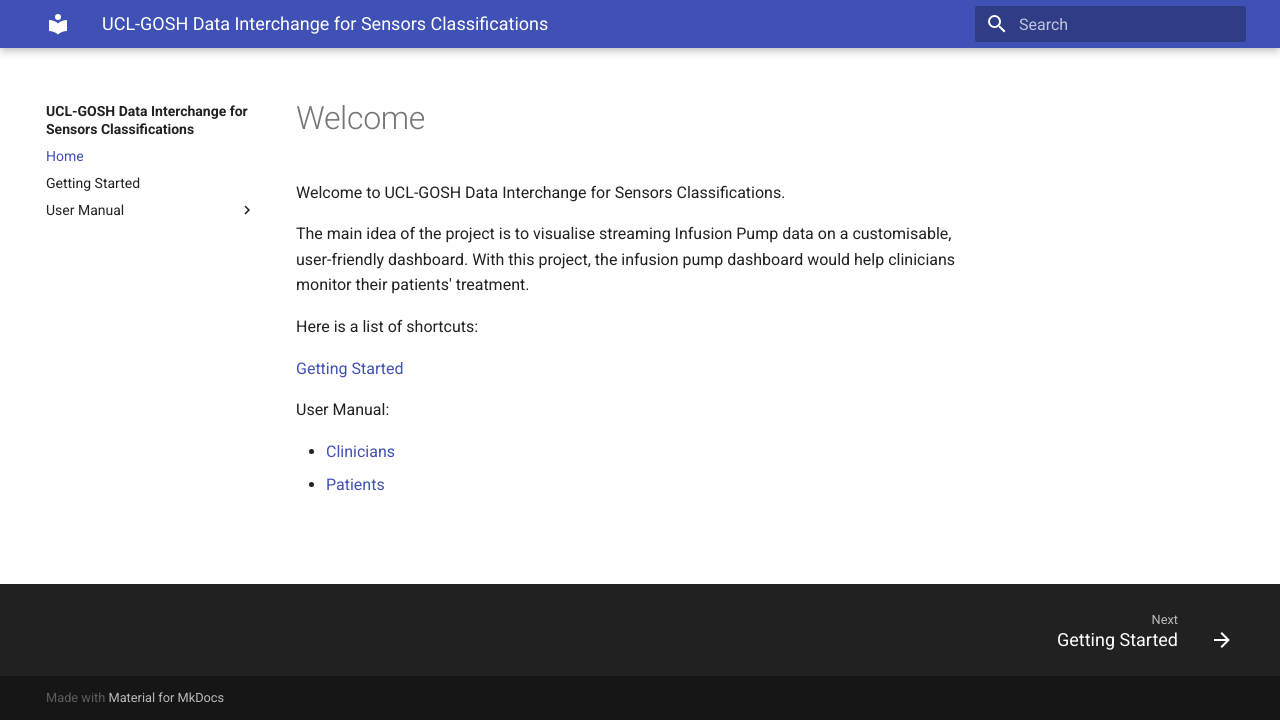
Repository: COMP0016-Team6/user-manual
Page: site/index.html
An editor plug-in stored every save of this project. The page is shown before and after the next save, followed by the edit.
The browser window is 1280 px wide. The pictures show the whole page.

Above is the page before, as saved 2021-03-18 21:15:45.

### site/index.html

<!doctype html>
<html lang="en" class="no-js">
  <head>

      <meta charset="utf-8">
      <meta name="viewport" content="width=device-width,initial-scale=1">




      <link rel="shortcut icon" href="assets/images/favicon.png">
      <meta name="generator" content="mkdocs-1.1.2, mkdocs-material-7.0.5">



        <title>UCL-GOSH Data Interchange for Sensors Classifications</title>



      <link rel="stylesheet" href="assets/stylesheets/main.77f3fd56.min.css">


        <link rel="stylesheet" href="assets/stylesheets/palette.7fa14f5b.min.css">







        <link rel="preconnect" href="https://fonts.gstatic.com" crossorigin>
        <link rel="stylesheet" href="https://fonts.googleapis.com/css?family=Roboto:300,400,400i,700%7CRoboto+Mono&display=fallback">
        <style>:root{--md-text-font-family:"Roboto";--md-code-font-family:"Roboto Mono"}</style>








  </head>







    <body dir="ltr" data-md-color-scheme="" data-md-color-primary="none" data-md-color-accent="none">



    <input class="md-toggle" data-md-toggle="drawer" type="checkbox" id="__drawer" autocomplete="off">
    <input class="md-toggle" data-md-toggle="search" type="checkbox" id="__search" autocomplete="off">
    <label class="md-overlay" for="__drawer"></label>
    <div data-md-component="skip">


        <a href="#welcome" class="md-skip">
          Skip to content
        </a>

    </div>
    <div data-md-component="announce">

    </div>



<header class="md-header" data-md-component="header">
  <nav class="md-header__inner md-grid" aria-label="Header">
    <a href="https://comp0016-team6.github.io/" title="UCL-GOSH Data Interchange for Sensors Classifications" class="md-header__button md-logo" aria-label="UCL-GOSH Data Interchange for Sensors Classifications">


  <svg xmlns="http://www.w3.org/2000/svg" viewBox="0 0 24 24"><path d="M12 8a3 3 0 0 0 3-3 3 3 0 0 0-3-3 3 3 0 0 0-3 3 3 3 0 0 0 3 3m0 3.54C9.64 9.35 6.5 8 3 8v11c3.5 0 6.64 1.35 9 3.54 2.36-2.19 5.5-3.54 9-3.54V8c-3.5 0-6.64 1.35-9 3.54z"/></svg>

    </a>
    <label class="md-header__button md-icon" for="__drawer">
      <svg xmlns="http://www.w3.org/2000/svg" viewBox="0 0 24 24"><path d="M3 6h18v2H3V6m0 5h18v2H3v-2m0 5h18v2H3v-2z"/></svg>
    </label>
    <div class="md-header__title" data-md-component="header-title">
      <div class="md-header__ellipsis">
        <div class="md-header__topic">
          <span class="md-ellipsis">
            UCL-GOSH Data Interchange for Sensors Classifications
          </span>
        </div>
        <div class="md-header__topic" data-md-component="header-topic">
          <span class="md-ellipsis">

              Home

          </span>
        </div>
      </div>
    </div>
    <div class="md-header__options">

    </div>

      <label class="md-header__button md-icon" for="__search">
        <svg xmlns="http://www.w3.org/2000/svg" viewBox="0 0 24 24"><path d="M9.5 3A6.5 6.5 0 0 1 16 9.5c0 1.61-.59 3.09-1.56 4.23l.27.27h.79l5 5-1.5 1.5-5-5v-.79l-.27-.27A6.516 6.516 0 0 1 9.5 16 6.5 6.5 0 0 1 3 9.5 6.5 6.5 0 0 1 9.5 3m0 2C7 5 5 7 5 9.5S7 14 9.5 14 14 12 14 9.5 12 5 9.5 5z"/></svg>
      </label>

<div class="md-search" data-md-component="search" role="dialog">
  <label class="md-search__overlay" for="__search"></label>
  <div class="md-search__inner" role="search">
    <form class="md-search__form" name="search">
      <input type="text" class="md-search__input" name="query" aria-label="Search" placeholder="Search" autocapitalize="off" autocorrect="off" autocomplete="off" spellcheck="false" data-md-component="search-query" data-md-state="active" required>
      <label class="md-search__icon md-icon" for="__search">
        <svg xmlns="http://www.w3.org/2000/svg" viewBox="0 0 24 24"><path d="M9.5 3A6.5 6.5 0 0 1 16 9.5c0 1.61-.59 3.09-1.56 4.23l.27.27h.79l5 5-1.5 1.5-5-5v-.79l-.27-.27A6.516 6.516 0 0 1 9.5 16 6.5 6.5 0 0 1 3 9.5 6.5 6.5 0 0 1 9.5 3m0 2C7 5 5 7 5 9.5S7 14 9.5 14 14 12 14 9.5 12 5 9.5 5z"/></svg>
        <svg xmlns="http://www.w3.org/2000/svg" viewBox="0 0 24 24"><path d="M20 11v2H8l5.5 5.5-1.42 1.42L4.16 12l7.92-7.92L13.5 5.5 8 11h12z"/></svg>
      </label>
      <button type="reset" class="md-search__icon md-icon" aria-label="Clear" tabindex="-1">
        <svg xmlns="http://www.w3.org/2000/svg" viewBox="0 0 24 24"><path d="M19 6.41L17.59 5 12 10.59 6.41 5 5 6.41 10.59 12 5 17.59 6.41 19 12 13.41 17.59 19 19 17.59 13.41 12 19 6.41z"/></svg>
      </button>
    </form>
    <div class="md-search__output">
      <div class="md-search__scrollwrap" data-md-scrollfix>
        <div class="md-search-result" data-md-component="search-result">
          <div class="md-search-result__meta">
            Initializing search
          </div>
          <ol class="md-search-result__list"></ol>
        </div>
      </div>
    </div>
  </div>
</div>


  </nav>
</header>

    <div class="md-container" data-md-component="container">




      <main class="md-main" data-md-component="main">
        <div class="md-main__inner md-grid">



              <div class="md-sidebar md-sidebar--primary" data-md-component="sidebar" data-md-type="navigation" >
                <div class="md-sidebar__scrollwrap">
                  <div class="md-sidebar__inner">





<nav class="md-nav md-nav--primary" aria-label="Navigation" data-md-level="0">
  <label class="md-nav__title" for="__drawer">
    <a href="." title="UCL-GOSH Data Interchange for Sensors Classifications" class="md-nav__button md-logo" aria-label="UCL-GOSH Data Interchange for Sensors Classifications">


  <svg xmlns="http://www.w3.org/2000/svg" viewBox="0 0 24 24"><path d="M12 8a3 3 0 0 0 3-3 3 3 0 0 0-3-3 3 3 0 0 0-3 3 3 3 0 0 0 3 3m0 3.54C9.64 9.35 6.5 8 3 8v11c3.5 0 6.64 1.35 9 3.54 2.36-2.19 5.5-3.54 9-3.54V8c-3.5 0-6.64 1.35-9 3.54z"/></svg>

    </a>
    UCL-GOSH Data Interchange for Sensors Classifications
  </label>

  <ul class="md-nav__list" data-md-scrollfix>










    <li class="md-nav__item md-nav__item--active">

      <input class="md-nav__toggle md-toggle" data-md-toggle="toc" type="checkbox" id="__toc">




      <a href="." class="md-nav__link md-nav__link--active">
        Home
      </a>

    </li>










    <li class="md-nav__item">
      <a href="getting_started/" class="md-nav__link">
        Getting Started
      </a>
    </li>











    <li class="md-nav__item md-nav__item--nested">


        <input class="md-nav__toggle md-toggle" data-md-toggle="__nav_3" type="checkbox" id="__nav_3" >

      <label class="md-nav__link" for="__nav_3">
        User Manual
        <span class="md-nav__icon md-icon"></span>
      </label>
      <nav class="md-nav" aria-label="User Manual" data-md-level="1">
        <label class="md-nav__title" for="__nav_3">
          <span class="md-nav__icon md-icon"></span>
          User Manual
        </label>
        <ul class="md-nav__list" data-md-scrollfix>





    <li class="md-nav__item">
      <a href="clinicians/" class="md-nav__link">
        Clinicians
      </a>
    </li>







    <li class="md-nav__item">
      <a href="patients/" class="md-nav__link">
        Patients
      </a>
    </li>



        </ul>
      </nav>
    </li>



  </ul>
</nav>
                  </div>
                </div>
              </div>



              <div class="md-sidebar md-sidebar--secondary" data-md-component="sidebar" data-md-type="toc" >
                <div class="md-sidebar__scrollwrap">
                  <div class="md-sidebar__inner">

<nav class="md-nav md-nav--secondary" aria-label="Table of contents">





</nav>
                  </div>
                </div>
              </div>


          <div class="md-content" data-md-component="content">
            <article class="md-content__inner md-typeset">



                <h1 id="welcome">Welcome</h1>
<p>Welcome to UCL-GOSH Data Interchange for Sensors Classifications.</p>
<p>The main idea of the project is to visualise streaming Infusion Pump data on a customisable, user-friendly dashboard. With this project, the infusion pump dashboard would help clinicians monitor their patients' treatment.</p>
<p>Here is a list of shortcuts: </p>
<p><a href="getting_started/">Getting Started</a></p>
<p>User Manual:</p>
<ul>
<li><a href="clinicians/">Clinicians</a></li>
<li><a href="patients/">Patients</a></li>
</ul>







            </article>
          </div>
        </div>
      </main>


<footer class="md-footer">

    <nav class="md-footer__inner md-grid" aria-label="Footer">


        <a href="getting_started/" class="md-footer__link md-footer__link--next" rel="next">
          <div class="md-footer__title">
            <div class="md-ellipsis">
              <span class="md-footer__direction">
                Next
              </span>
              Getting Started
            </div>
          </div>
          <div class="md-footer__button md-icon">
            <svg xmlns="http://www.w3.org/2000/svg" viewBox="0 0 24 24"><path d="M4 11v2h12l-5.5 5.5 1.42 1.42L19.84 12l-7.92-7.92L10.5 5.5 16 11H4z"/></svg>
          </div>
        </a>

    </nav>

  <div class="md-footer-meta md-typeset">
    <div class="md-footer-meta__inner md-grid">
      <div class="md-footer-copyright">

        Made with
        <a href="https://squidfunk.github.io/mkdocs-material/" target="_blank" rel="noopener">
          Material for MkDocs
        </a>

      </div>

    </div>
  </div>
</footer>

    </div>
    <div class="md-dialog" data-md-component="dialog">
      <div class="md-dialog__inner md-typeset"></div>
    </div>
    <script id="__config" type="application/json">{"base": ".", "features": [], "translations": {"clipboard.copy": "Copy to clipboard", "clipboard.copied": "Copied to clipboard", "search.config.lang": "en", "search.config.pipeline": "trimmer, stopWordFilter", "search.config.separator": "[\\s\\-]+", "search.placeholder": "Search", "search.result.placeholder": "Type to start searching", "search.result.none": "No matching documents", "search.result.one": "1 matching document", "search.result.other": "# matching documents", "search.result.more.one": "1 more on this page", "search.result.more.other": "# more on this page", "search.result.term.missing": "Missing"}, "search": "assets/javascripts/workers/search.fb4a9340.min.js", "version": null}</script>


      <script src="assets/javascripts/bundle.5cf3e710.min.js"></script>


  </body>
</html>

Loaded but not shown: site/assets/stylesheets/main.77f3fd56.min.css (library); site/assets/stylesheets/palette.7fa14f5b.min.css (library); site/assets/javascripts/bundle.5cf3e710.min.js (library); site/assets/javascripts/workers/search.fb4a9340.min.js (library); site/search/search_index.json (1 lines, source omitted)

After the next save:
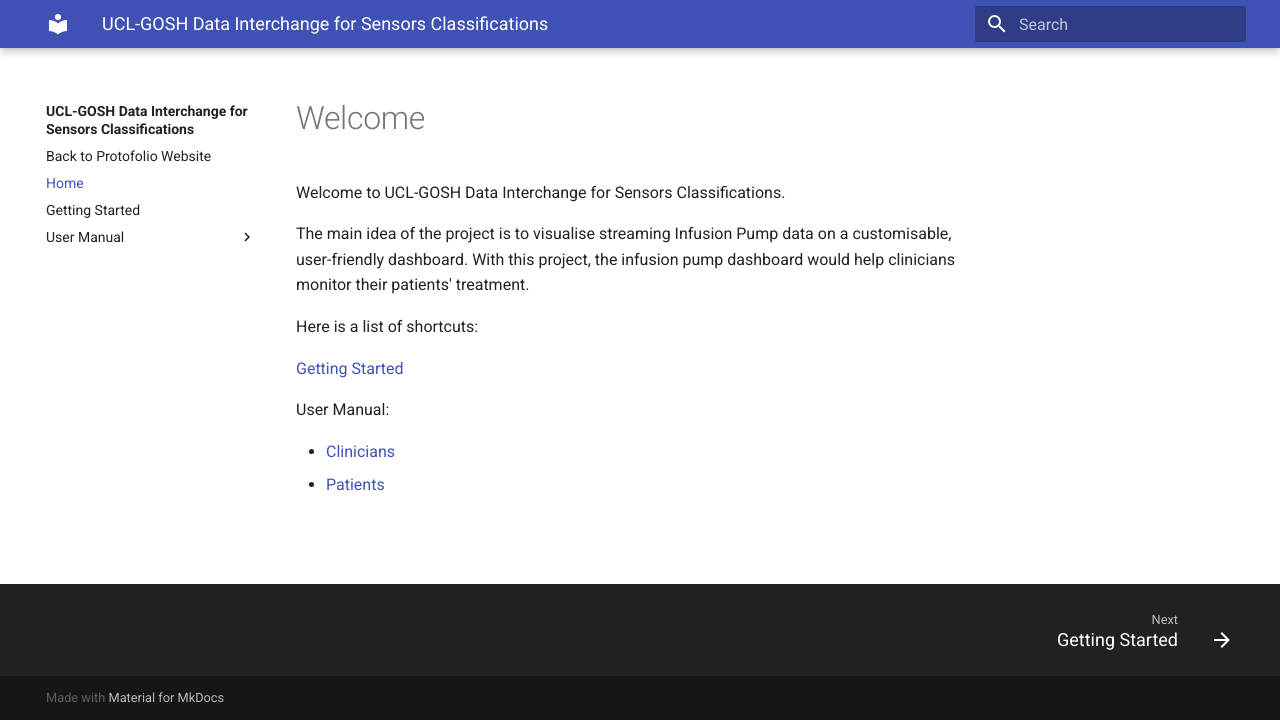
Saved 36 min 42 s later.
--- a/site/index.html
+++ b/site/index.html
@@ -71,7 +71,7 @@
 
 <header class="md-header" data-md-component="header">
   <nav class="md-header__inner md-grid" aria-label="Header">
-    <a href="https://comp0016-team6.github.io/" title="UCL-GOSH Data Interchange for Sensors Classifications" class="md-header__button md-logo" aria-label="UCL-GOSH Data Interchange for Sensors Classifications">
+    <a href="." title="UCL-GOSH Data Interchange for Sensors Classifications" class="md-header__button md-logo" aria-label="UCL-GOSH Data Interchange for Sensors Classifications">
 
 
   <svg xmlns="http://www.w3.org/2000/svg" viewBox="0 0 24 24"><path d="M12 8a3 3 0 0 0 3-3 3 3 0 0 0-3-3 3 3 0 0 0-3 3 3 3 0 0 0 3 3m0 3.54C9.64 9.35 6.5 8 3 8v11c3.5 0 6.64 1.35 9 3.54 2.36-2.19 5.5-3.54 9-3.54V8c-3.5 0-6.64 1.35-9 3.54z"/></svg>
@@ -172,6 +172,21 @@
 
 
 
+    <li class="md-nav__item">
+      <a href="https://comp0016-team6.github.io/" class="md-nav__link">
+        Back to Protofolio Website
+      </a>
+    </li>
+
+
+
+
+
+
+
+
+
+
 
 
     <li class="md-nav__item md-nav__item--active">
@@ -215,14 +230,14 @@
     <li class="md-nav__item md-nav__item--nested">
 
 
-        <input class="md-nav__toggle md-toggle" data-md-toggle="__nav_3" type="checkbox" id="__nav_3" >
-
-      <label class="md-nav__link" for="__nav_3">
+        <input class="md-nav__toggle md-toggle" data-md-toggle="__nav_4" type="checkbox" id="__nav_4" >
+
+      <label class="md-nav__link" for="__nav_4">
         User Manual
         <span class="md-nav__icon md-icon"></span>
       </label>
       <nav class="md-nav" aria-label="User Manual" data-md-level="1">
-        <label class="md-nav__title" for="__nav_3">
+        <label class="md-nav__title" for="__nav_4">
           <span class="md-nav__icon md-icon"></span>
           User Manual
         </label>
